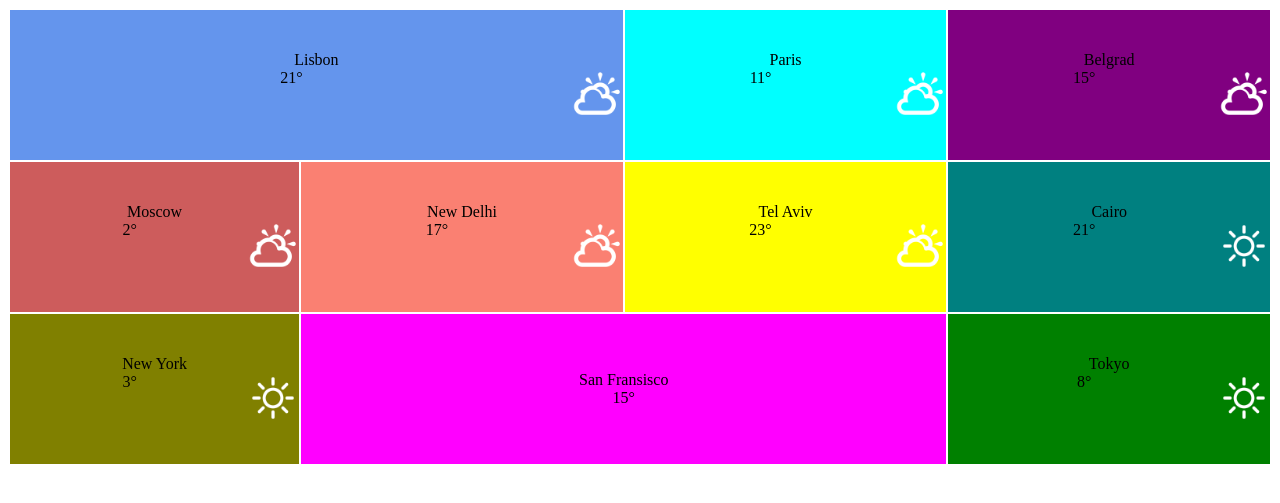
Repository: aysedo/html
Page: Week_2/index.html
These files come from the project's save history. The page is drawn as it stood at one moment and after the next save; the edit follows.
The browser window is 1280 px wide. The pictures show the whole page.

Above is the page before, as saved 2021-08-24 15:54:03.

### Week_2/index.html
<!DOCTYPE html>
<html lang="en">
  <head>
    <meta charset="UTF-8" />
    <meta http-equiv="X-UA-Compatible" content="IE=edge" />
    <meta name="viewport" content="width=device-width, initial-scale=1.0" />
    <title>Document</title>
  </head>
  <body>
    <table width="100%">
      <tr height="150">
        <td colspan="2" bgcolor="cornflowerblue" align="center">
          Lisbon <br/>
          21°
          <img src="img.png" width="50" align="right" />
        </td>
        <td bgcolor="Aqua" align="center">
          Paris <br />
          11°
          <img src="img.png" width="50" align="right" />
        </td>
        <td bgcolor="Purple" align="center">
          Belgrad <br />
          15°
          <img src="img.png" width="50" align="right" />
        </td>
      </tr>
      <tr height="150">
        <td bgcolor="Indianred" align="center">
          Moscow <br />
          2°
          <img src="img.png" width="50" align="right" />
        </td>
        <td bgcolor="Salmon" align="center">
          New Delhi <br />
          17°
          <img src="img.png" width="50" align="right" />
        </td>
        <td bgcolor="Yellow" align="center">
          Tel Aviv <br />
          23°
          <img src="img.png" width="50" align="right" />
        </td>
        <td bgcolor="Teal" align="center">
          Cairo <br />
          21°
          <img src="sun.png" width="50" align="right" />
        </td>
      </tr>
      <tr height="150">
        <td bgcolor="Olive" align="center">
          New York <br />
          3°
          <img src="sun.png" width="50" align="right" />
        </td>
        <td colspan="2" bgcolor="Fuchsia" align="center">
          San Fransisco<br />
          15°
        </td>
        <td bgcolor="Green" align="center">
          Tokyo <br />
          8°
          <img src="sun.png" width="50" align="right" />


        </td>
      </tr>
    </table>
  </body>
</html>

After the next save:
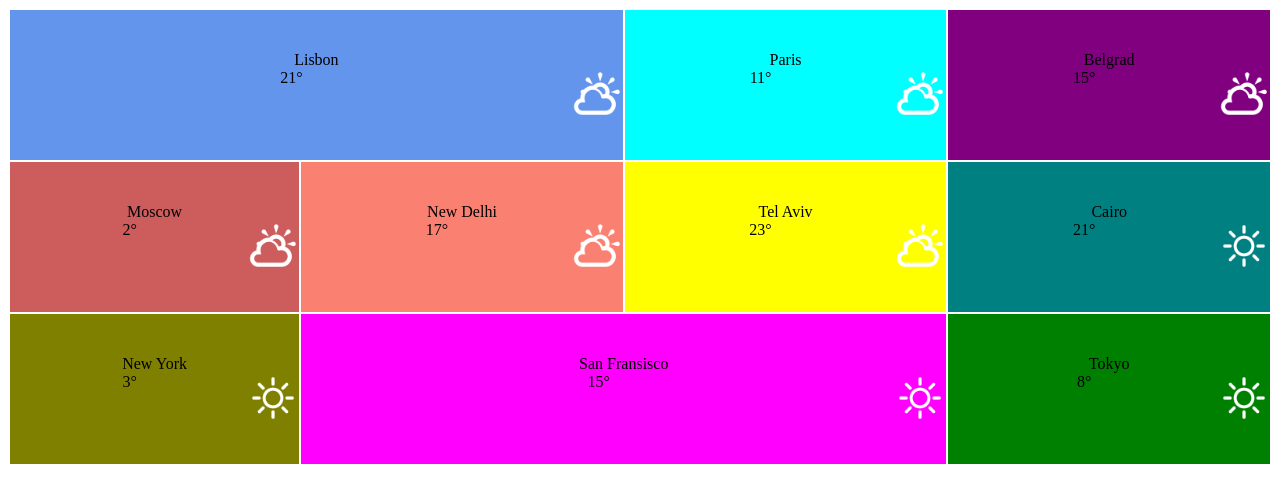
Saved 8 min 45 s later.
--- a/Week_2/index.html
+++ b/Week_2/index.html
@@ -56,6 +56,7 @@
         <td colspan="2" bgcolor="Fuchsia" align="center">
           San Fransisco<br />
           15°
+          <img src="sun.png" width="50" align="right" />
         </td>
         <td bgcolor="Green" align="center">
           Tokyo <br />
